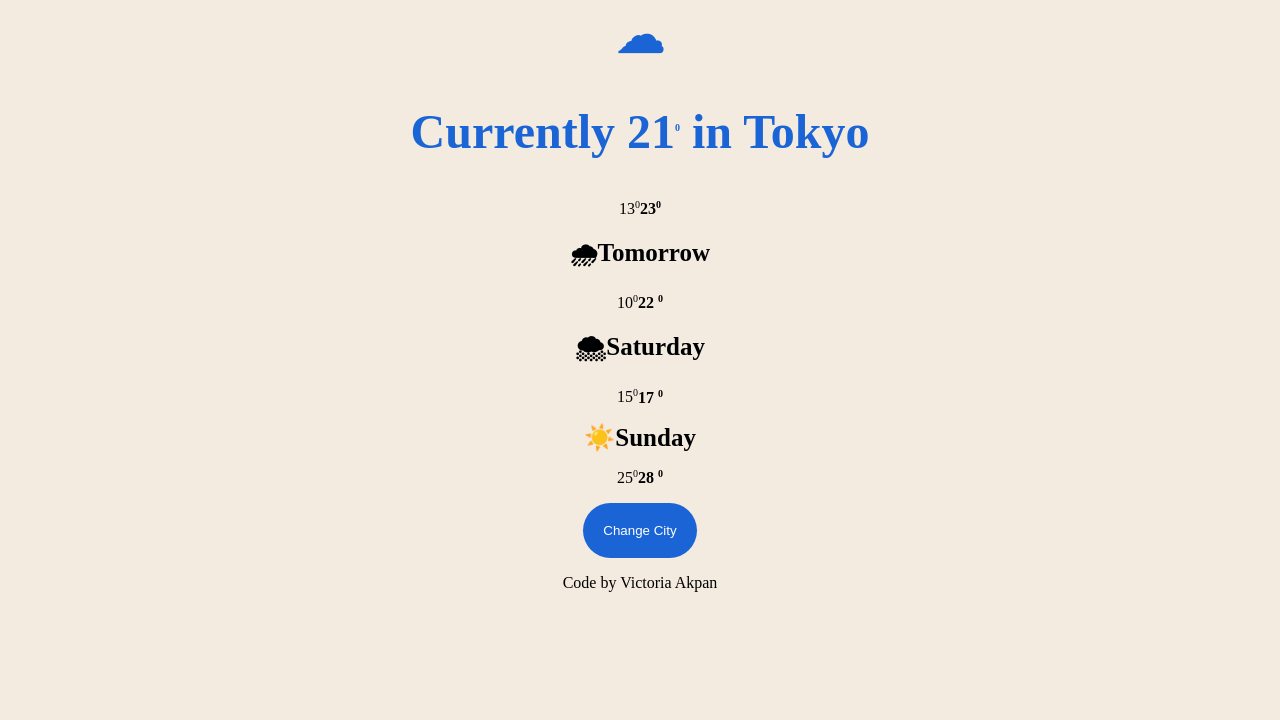
Repository: VickyJacob23/SheCode
Page: firstCode/weatherAppHomeWork.html
An editor plug-in stored every save of this project. The page is shown before and after the next save, followed by the edit.
The browser window is 1280 px wide. The pictures show the whole page.

Above is the page before, as saved 2024-08-26 23:52:08.

### firstCode/weatherAppHomeWork.html
<!DOCTYPE html>
<html lang="en">
<head>
    <meta charset="UTF-8">
    <meta name="viewport" content="width=device-width, initial-scale=1.0">
    <title>Demo WeatherAPP</title>

    <style>
        body{
            background-color: #f3ebe0;
        }
        .title h1,.icon{
            color: #1a64d6;
            font-size: 48px;
            font-weight: 700;
        }
        .container{
            margin: auto;
            text-align: center;
        }
        .icon div{
            color: #1a64d6;
        }
        .subtitle{
            color: #000103;
            font-size: 25px;
            font-weight: 600;
        }
        span{
            font-weight: 700;
        }
        sup{
            font-size: 10px;
        }
        button{
            background-color: #1a64d6;
            color: #fff;
            border: none;
            outline: none;
            padding: 1.5em;
            border-radius: 30px;
            transition: all 500ms ease-in-out;
        }
        button:hover{
            background-color: #fff;
            color: #1a64d6;
            border:1px solid #1a64d6
        }
    </style>
</head>
<body>
    <div class="container">

        <section class="title">
            <div class="icon">☁</div>
            <h1>Currently 21<sup>0</sup> in Tokyo</h1>
            <p>13<sup>0</sup><span>23<sup>0</sup></span></p>
        </section>

        <section>
            <div class="subtitle">🌧Tomorrow</div>
            <p>10<sup>0</sup><span>22 <sup>0</sup></span></p>
        </section>

        <section>
            <div class="subtitle">🌨Saturday</div>
            <p>15<sup>0</sup><span>17 <sup>0</sup></span></p>
        </section>

        <section>
            <div class="subtitle">☀️Sunday</div>
            <p>25<sup>0</sup><span>28 <sup>0</sup></span></p>
        </section>

        <button>Change City</button>

        <p>Code by Victoria Akpan </p>
    </div>
</body>
</html>

After the next save:
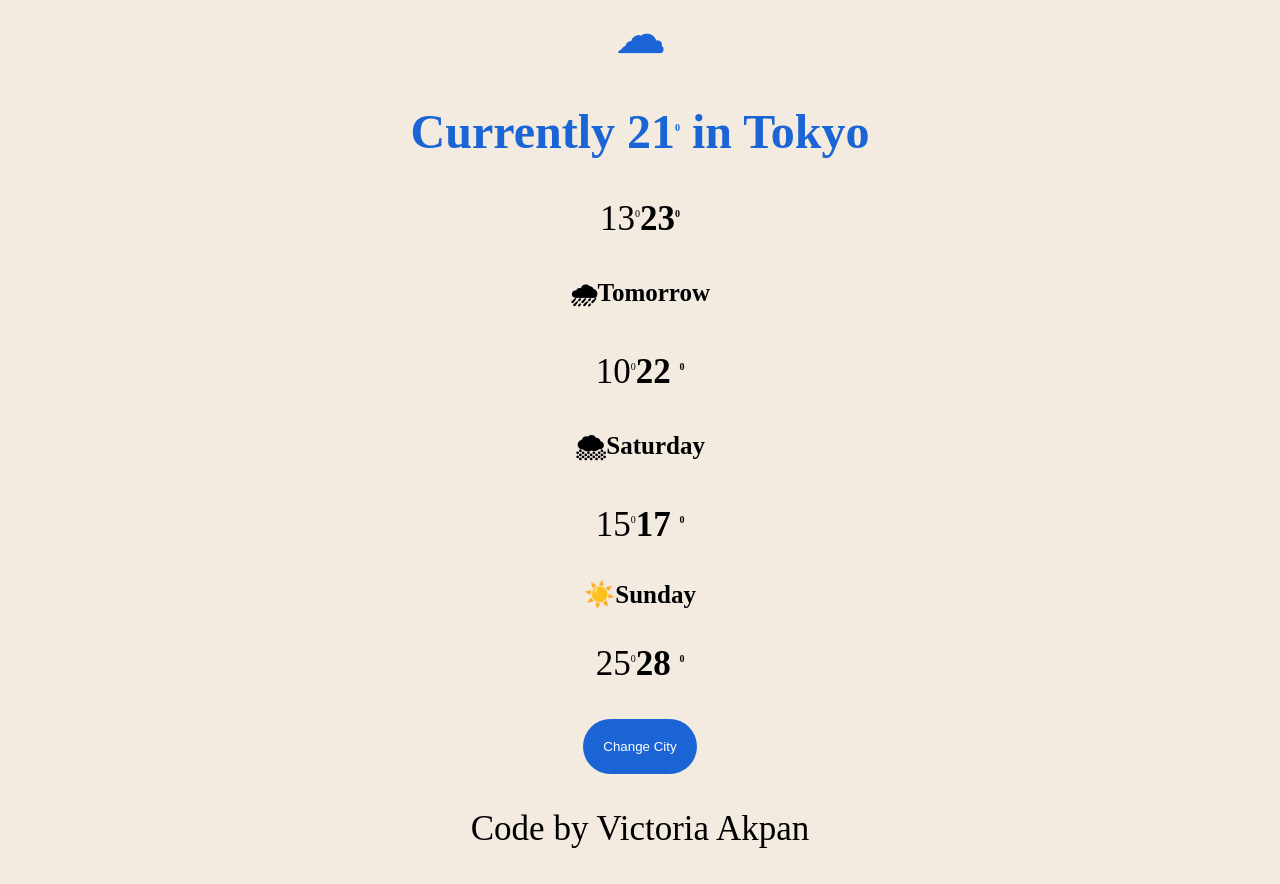
Saved 79 s later.
--- a/firstCode/weatherAppHomeWork.html
+++ b/firstCode/weatherAppHomeWork.html
@@ -25,6 +25,9 @@
             color: #000103;
             font-size: 25px;
             font-weight: 600;
+        }
+        p{
+            font-size: 35px;
         }
         span{
             font-weight: 700;
